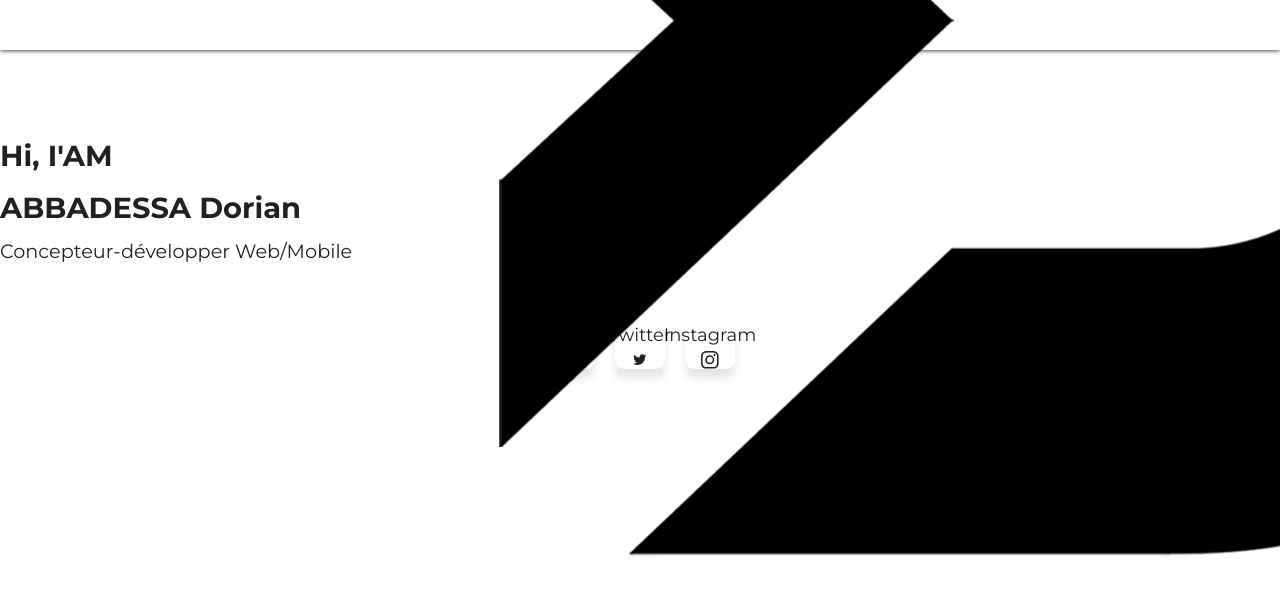
Repository: DorianABDS/Portfolio-ABBADESSA-Dorian
Page: index.html
The author's editor kept a copy of each file at every save. The page is drawn from the files as they stood at one save, then again after the next save.
The browser window is 1280 px wide. The pictures show the window.
A layer covers the whole window, so only the first screen is drawn.

Above is the page before, as saved 2024-11-27 20:34:28.

After the next save:
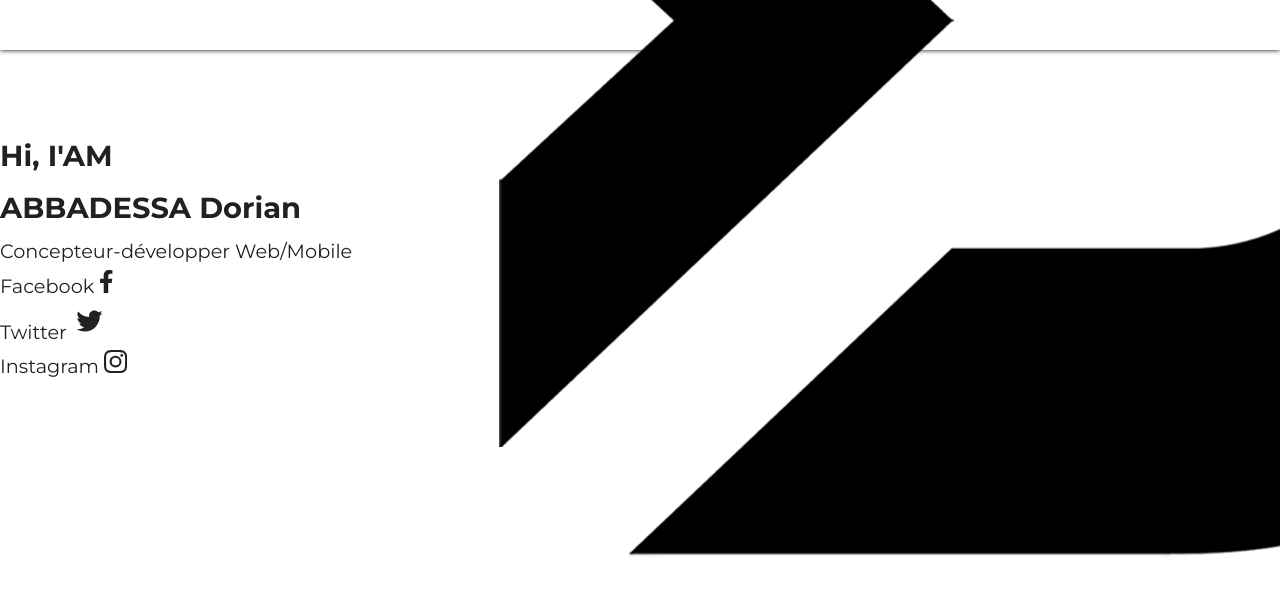
Saved 19 s later.
--- a/index.html
+++ b/index.html
@@ -36,7 +36,7 @@
                 <h1><span>ABBADESSA Dorian</span></h1>
                 <p>Concepteur-développer Web/Mobile</p>
                 <div class="social">
-                    <ul class="wrapper">
+                    <ul class="wrapper-social">
                         <li class="icon facebook">
                           <span>Facebook</span>
                           <svg

After the save that followed:
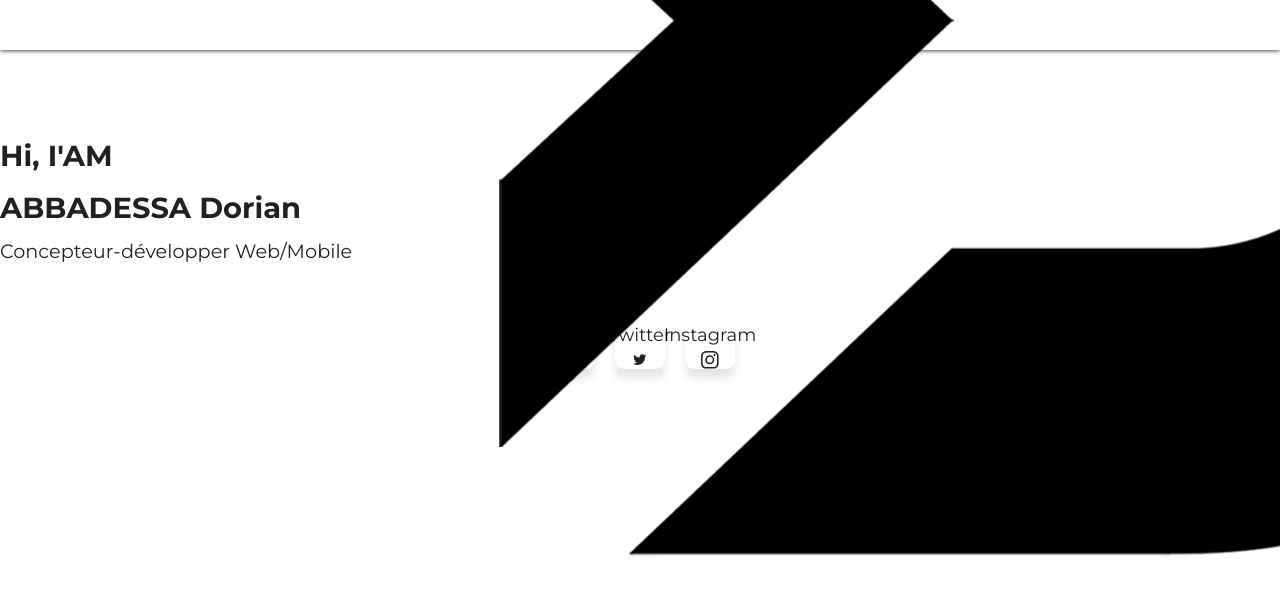
Saved 41 s later.
--- a/style.css
+++ b/style.css
@@ -140,7 +140,7 @@ button {
     text-align: center;
   }
 
-  .wrapper {
+  .wrapper-social {
     display: inline-flex;
     list-style: none;
     width: 100%;
@@ -149,7 +149,7 @@ button {
     justify-content: center;
   }
 
-  .wrapper .icon {
+  .wrapper-social .icon {
     position: relative;
     background: #fff;
     border-radius: 0.5rem;
@@ -166,7 +166,7 @@ button {
     transition: all 0.2s cubic-bezier(0.68, -0.55, 0.265, 1.55);
   }
 
-  .wrapper .tooltip {
+  .wrapper-social .tooltip {
     position: absolute;
     top: 0;
     font-size: 14px;
@@ -178,23 +178,23 @@ button {
     opacity: 0;
   }
 
-  .wrapper .facebook:hover,
-  .wrapper .facebook:hover .tooltip,
-  .wrapper .facebook:hover .tooltip::before {
+  .wrapper-social .facebook:hover,
+  .wrapper-social .facebook:hover .tooltip,
+  .wrapper-social .facebook:hover .tooltip::before {
     background: #1877f2;
     color: #fff;
   }
 
-  .wrapper .twitter:hover,
-  .wrapper .twitter:hover .tooltip,
-  .wrapper .twitter:hover .tooltip::before {
+  .wrapper-social .twitter:hover,
+  .wrapper-social .twitter:hover .tooltip,
+  .wrapper-social .twitter:hover .tooltip::before {
     background: #1da1f2;
     color: #fff;
   }
 
-  .wrapper .instagram:hover,
-  .wrapper .instagram:hover .tooltip,
-  .wrapper .instagram:hover .tooltip::before {
+  .wrapper-social .instagram:hover,
+  .wrapper-social .instagram:hover .tooltip,
+  .wrapper-social .instagram:hover .tooltip::before {
     background: #e4405f;
     color: #fff;
   }
